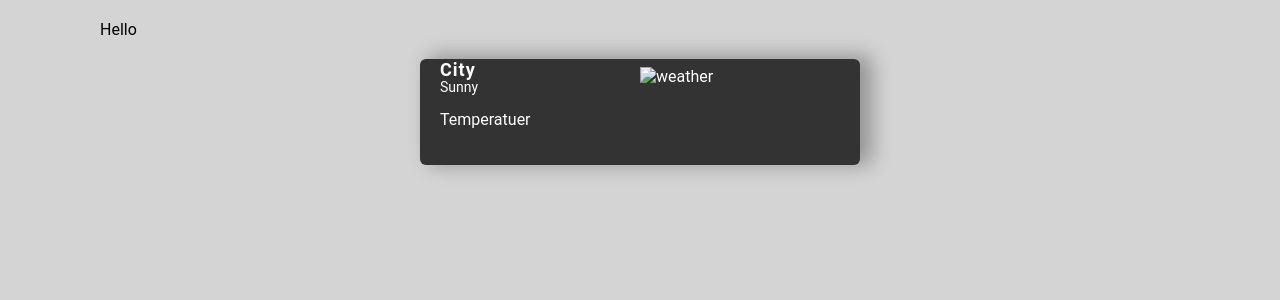
Repository: sedat-akdogan/React_Weather
Page: / (app in london_weather/)
An editor plug-in stored every save of this project. The page is shown before and after a run of saves, followed by the edit.
The browser window is 1280 px wide. The pictures show the whole page.
The project was rebuilt for these pictures with package versions that can differ from the ones it lists, and the page was loaded fresh each time.

Above is the page before, as saved 2023-07-09 17:47:12.

### london_weather/src/index.css
body {
    margin: 0;
    font-family: 'Roboto', Arial !important;
    -webkit-font-smoothing: antialiased;
    -moz-osx-font-smoothing: grayscale;
    background-color: #d5d4d4;
}

code {
    font-family: source-code-pro, Menlo, Monaco, Consolas, 'Courier New',
        monospace;
}

### london_weather/src/App.js
import Search from './components/search/Search';
import './App.css';
import CurrentWeather from './components/current-weather/current-weather';

function App() {

    const handleOnSearchChange = (searchData) => {
        console.log(searchData);
    }

    return (
        <div className="container">
            <Search onSearchChange={handleOnSearchChange} />
            <CurrentWeather />
        </div>
    );
}

export default App;

### london_weather/src/components/search/Search.js
import React from "react";


const Search = () => {
    return ("Hello");
}

export default Search;

### london_weather/src/App.css
.container {
    max-width: 1080px;
    margin: 20px auto;
}

### london_weather/src/components/current-weather/current-weather.js
import "./current-weather.css";


const CurrentWeather = () => {
    return (
        <div className="weather">
            <div className="top">
                <div>
                    <p className="city">City</p>
                    <p className="weather-description">Sunny</p>
                </div>
                <img src="" alt="weather" className="weather-icon" />
            </div>
            <div className="bottom">
                <p className="temperature">Temperatuer</p>
            </div>
        </div>
    );
}

export default CurrentWeather;

### london_weather/src/components/current-weather/current-weather.css
.weather {
    width: 400px;
    border-radius: 6px;
    box-shadow: 10px -2px 20px 2px rgb(0 0 0 / 30%);
    color: #fff;
    background-color: #333;
    margin: 20px auto 0 auto;
    padding: 0 20px 20px 20px;
}

.top {
    display: flex;
    justify-content: space-between;
    align-items: center;
}

.city {
    font-weight: 600;
    font-size: 18px;
    margin: 0;
    letter-spacing: 1px;
}

.weather-description {
    font-weight: 400;
    font-size: 14px;
    line-height: 1;
    margin: 0;
}

.weather-icon {
    width: 200px;
}

Loaded but not shown: london_weather/public/index.html (common file); london_weather/src/index.js (common file); london_weather/src/reportWebVitals.js (common file)

After the next 4 saves:
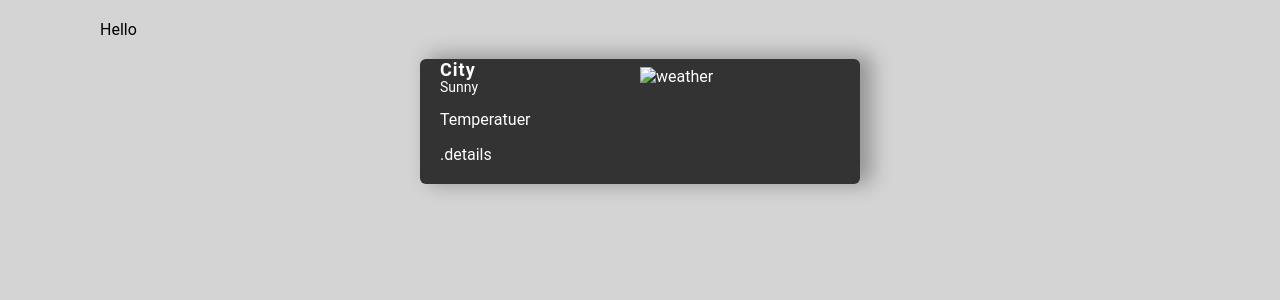
The 4 saves are shown as one change because they came seconds apart.
The last was saved 13 s later.
--- a/london_weather/src/components/current-weather/current-weather.js
+++ b/london_weather/src/components/current-weather/current-weather.js
@@ -13,6 +13,7 @@
             </div>
             <div className="bottom">
                 <p className="temperature">Temperatuer</p>
+                .details
             </div>
         </div>
     );

After the save that followed:
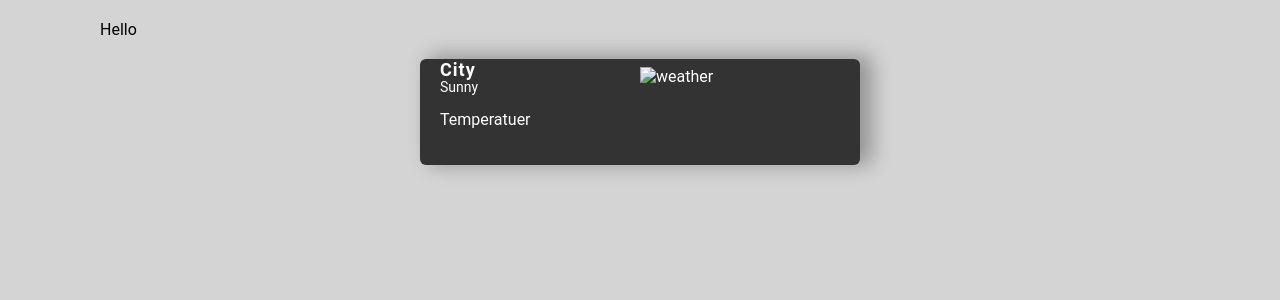
Saved 4 s later.
--- a/london_weather/src/components/current-weather/current-weather.js
+++ b/london_weather/src/components/current-weather/current-weather.js
@@ -13,7 +13,7 @@
             </div>
             <div className="bottom">
                 <p className="temperature">Temperatuer</p>
-                .details
+                <div className="details"></div>
             </div>
         </div>
     );
